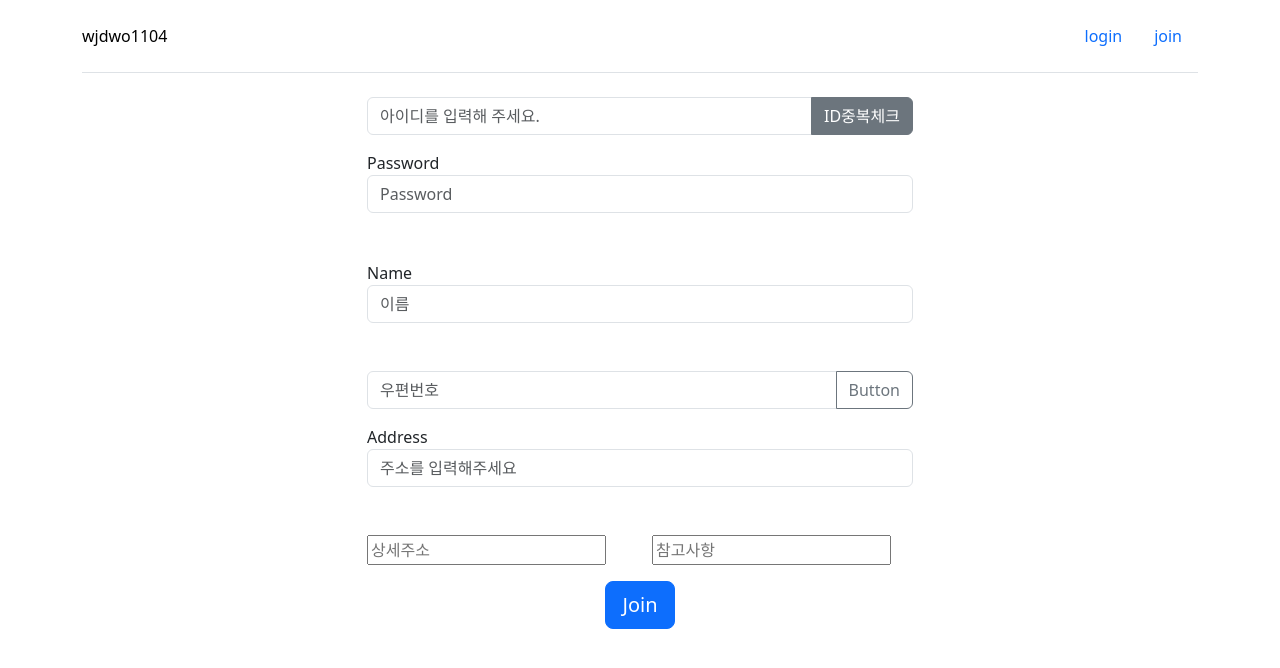
Repository: gain00/lecture1
Page: http://localhost/db-connect/join-form.jsp
The author's editor kept a copy of each file at every save. The page is drawn from the files as they stood at one save, then again after the next save.
The browser window is 1280 px wide. The pictures show the whole page.
The page is served by Tomcat 9.

Above is the page before, as saved 2023-06-08 06:33:09.

After the next save:
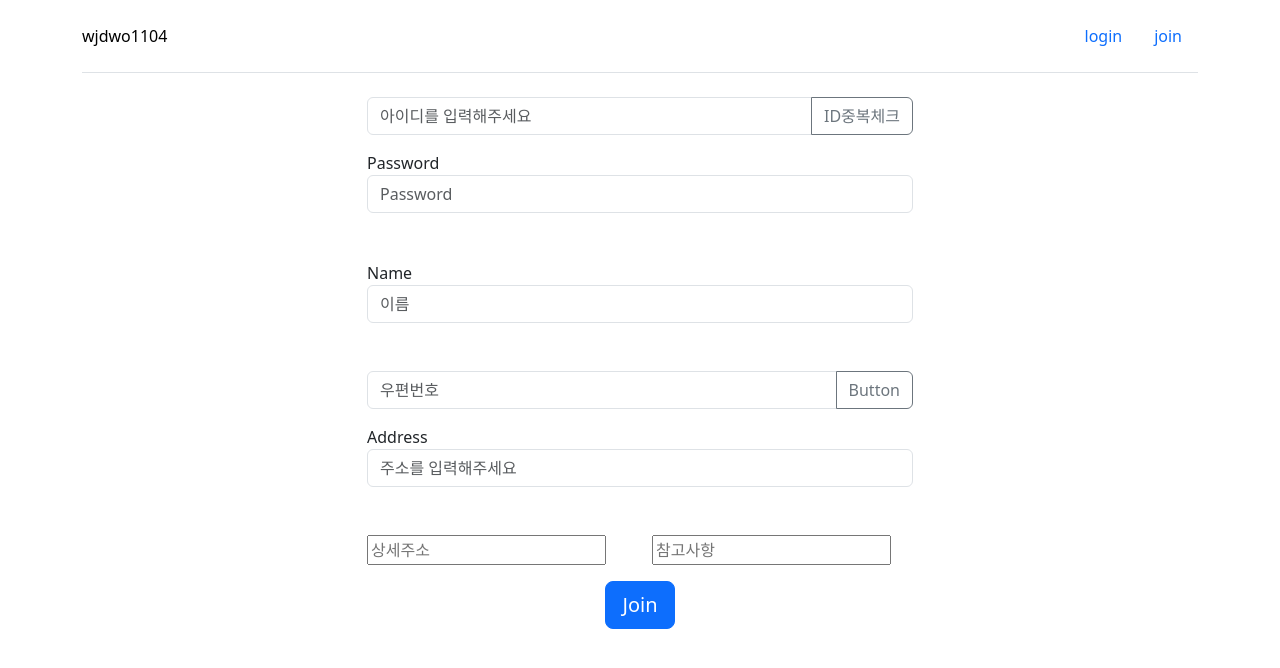
Saved 34 s later.
--- a/db-connect/src/main/webapp/join-form.jsp
+++ b/db-connect/src/main/webapp/join-form.jsp
@@ -5,10 +5,11 @@
   <div class="container-sm">
     <div class="row justify-content-center">
       <div class="col-6">
-         <div class="input-group mb-3">
-          <input type="text" name="userId" class="form-control userId" id="floatingInput" placeholder="아이디를 입력해 주세요." />
-          <button class="btn btn-secondary" type="button" id="btnIdCheck">ID중복체크</button>
+        <div class="input-group mb-3">
+          <input type="text" class="form-control userId" placeholder="아이디를 입력해주세요" id="floatingInput" name="userId" />
+          <button class="btn btn-outline-secondary" type="button" id="btnIdCheck">ID중복체크</button>
         </div>
+
         <div class="mb-5"><label for="floatingPassword">Password</label>
           <input type="password" class="form-control" name="userPw" id="floatingPassword" placeholder="Password" />
 
